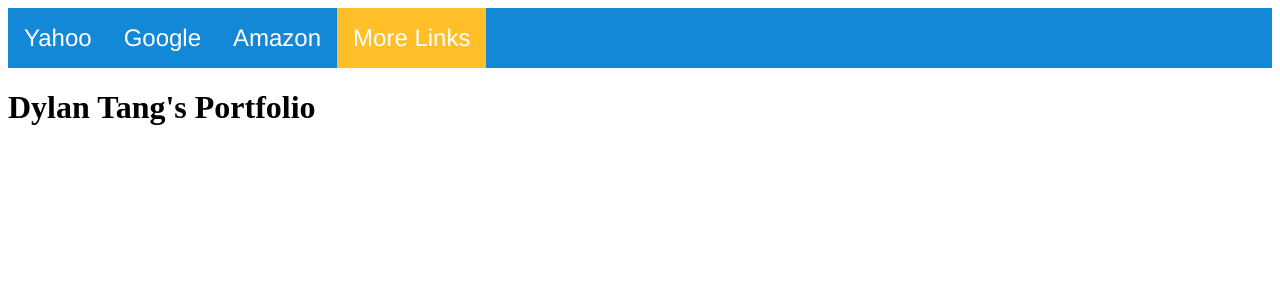
Repository: TangDylan/TangDylan.github.io
Page: index.html
The author's editor kept a record of every edit. The page is drawn from the files as they stood at one moment, then again after the next edit.
The browser window is 1280 px wide. The pictures show the whole page.

Above is the page before.

### index.html
<!DOCTYPE html>
<html>
  <head>

    <title>Dylan Tang's Portfolio</title>

    <style>
     .navbar{
        background-color:#1388d6;
        width: 100%;
        height: 60px;
      }

     .navbar a {
        color: white;
        font-size: 24px;
        font-family:helvetica;
        text-decoration: none;
        padding:16px;
        float:left;
      }

      .morelinks {
        color: white;
        font-size: 24px;
        font-family:helvetica;
        text-decoration: none;
        padding:16px;
      }

     .navbar a:hover, .morelinks:hover{
        background-color: #77d5f2;
      }

     .dropdown:hover .dropdown-content{
        display:block;
        background-color:#ffbf29;
      }

     .dropdown-content{
        position: absolute;
        z-index:1;
        display:none;
      }
     .dropdown {
         background-color:#ffbf29;
         color:white;
         float:left;
         text-decoration:none;
         font-size:24px;
     }


    </style>

  </head>
  <body>
    <div class="navbar">
      <a href="https://www.yahoo.com">Yahoo</a>
      <a href="https://www.google.com">Google</a>
      <a href="https://www.amazon.com/">Amazon</a>
      <div class="dropdown">
        <div class="morelinks">More Links</div>
        <div class="dropdown-content">
          <a href="https://www.awseducate.com">AWS Educate</a>
          <a href="https://www.collegeboard.org">College Board</a>
        </div>
      </div>

    </div>
    <h1>Dylan Tang's Portfolio</h1>
  </body>
</html>

After the next edit:
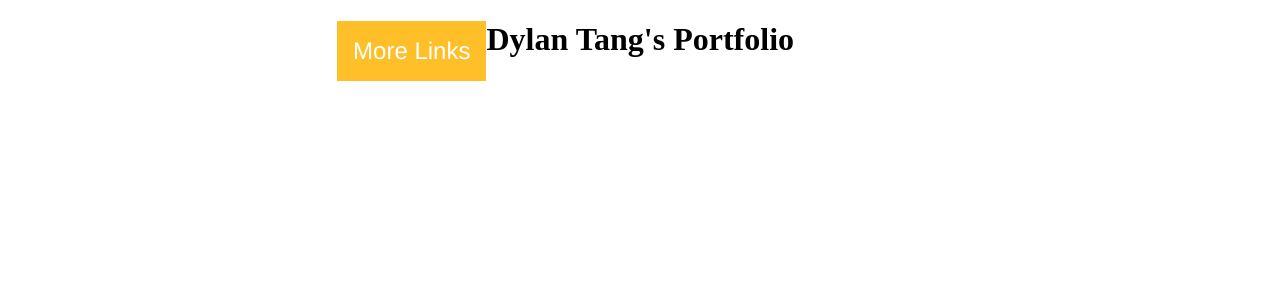
The edit:
--- a/index.html
+++ b/index.html
@@ -5,6 +5,10 @@
     <title>Dylan Tang's Portfolio</title>
 
     <style>
+
+        background-image: linear-gradient(to bottom, #1388d6, #b07fdd, #ff71b1, #ff896a, #ffbf29);
+    }
+
      .navbar{
         background-color:#1388d6;
         width: 100%;

After the edit that followed:
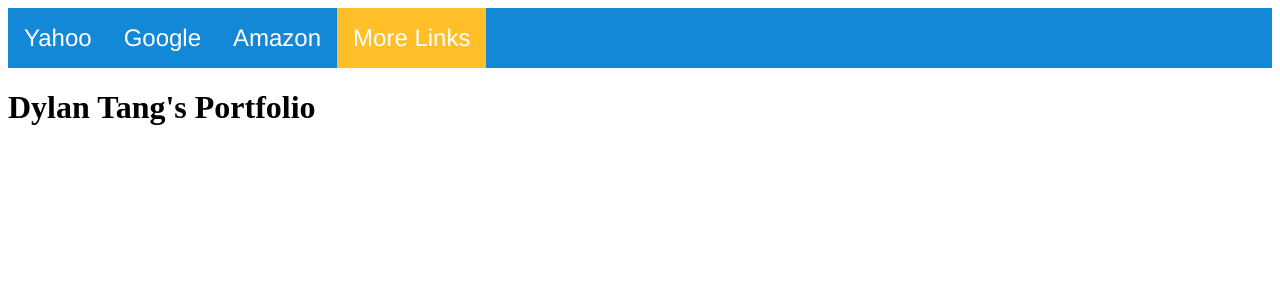
The edit:
--- a/index.html
+++ b/index.html
@@ -5,9 +5,6 @@
     <title>Dylan Tang's Portfolio</title>
 
     <style>
-
-        background-image: linear-gradient(to bottom, #1388d6, #b07fdd, #ff71b1, #ff896a, #ffbf29);
-    }
 
      .navbar{
         background-color:#1388d6;
